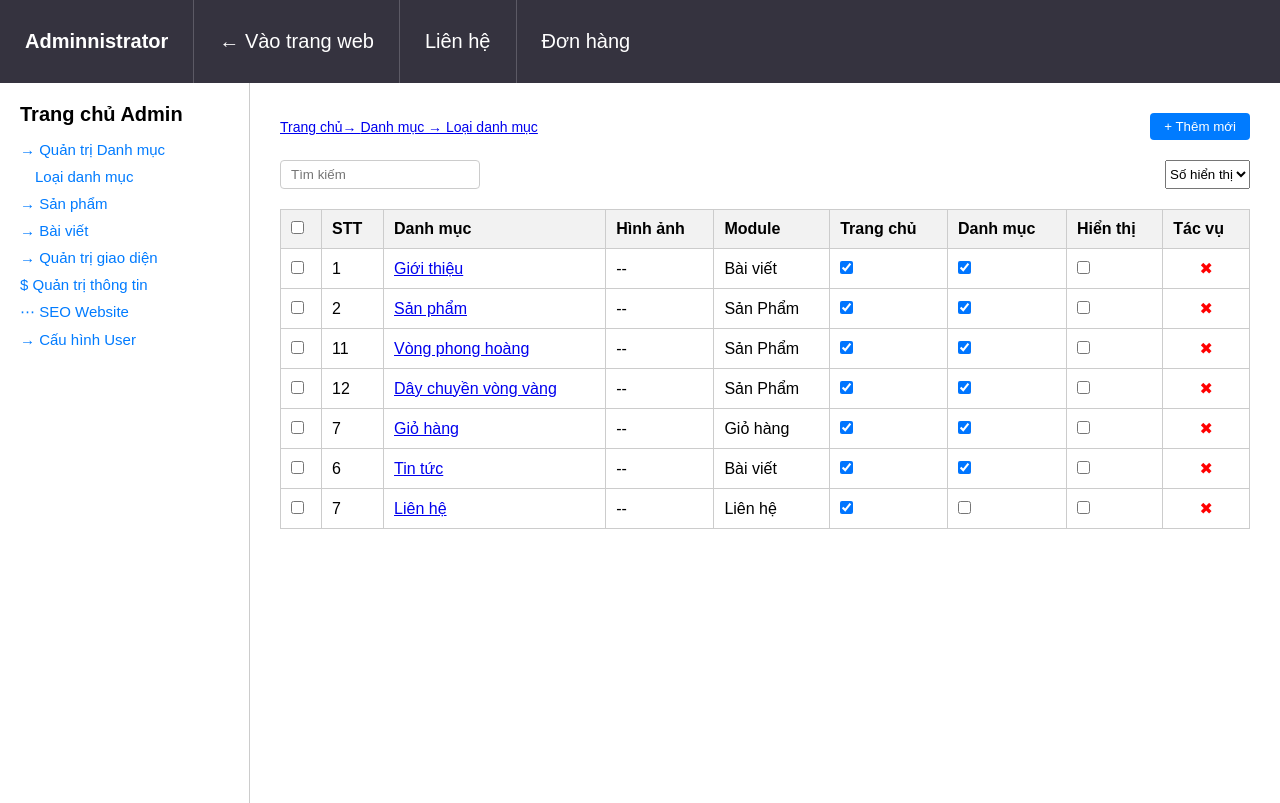
Repository: TranTanDat0606/Du-An-1
Page: Admin]/admin.html
The author's editor kept a copy of each file at every save. The page is drawn from the files as they stood at one save, then again after the next save.
The browser window is 1280 px wide. The pictures show the whole page.

Above is the page before, as saved 2025-07-31 08:50:27.

### Admin]/admin.html
<!DOCTYPE html>
<html lang="vi">
<head>
    <meta charset="UTF-8" />
    <meta name="viewport" content="width=device-width, initial-scale=1.0"/>
    <title>Quản lý danh mục</title>
    <link rel="stylesheet" href="admin.css" />
</head>
<body>
<header class="admin-navbar">
    <div class="admin-navbar-item left">Adminnistrator</div>
    <a href="#" class="admin-navbar-item">← Vào trang web</a>
    <a href="#" class="admin-navbar-item">Liên hệ</a>
    <a href="#" class="admin-navbar-item">Đơn hàng</a>
</header>
    <div class="admin-container">
    <aside class="sidebar">
    <h2>Trang chủ Admin</h2>
    <ul>
        <a href="#"><li>→ Quản trị Danh mục</li></a>
    <ul class="submenu">
            <li><a href="#">Loại danh mục</a></li>
    </ul>
        </li>
        <a href="#"><li>→ Sản phẩm</li></a>
        <a href="#"><li>→ Bài viết</li></a>
        <a href="#"><li>→ Quản trị giao diện</li></a>
        <a href="#"><li>$ Quản trị thông tin</li></a>
        <a href="#"><li>⋯ SEO Website</li></a>
        <a href="#"><li>→ Cấu hình User</li></a>
    </ul>
    </aside>
    <main class="main-content">
    <div class="header-bar">
        <span class="breadcrumbs"><a href="#">Trang chủ→ </a><a href="#">Danh mục → </a><a href="#">Loại danh mục</a></span>
        <button class="btn-new">+ Thêm mới</button>
    </div>

    <div class="table-toolbar">
        <input type="text" class="search-input" placeholder="Tìm kiếm" />
        <select>
    <option>Số hiển thị</option>
        </select>
    </div>
    <table>
        <thead>
    <tr>
            <th><input type="checkbox" /></th>
            <th>STT</th>
            <th>Danh mục</th>
            <th>Hình ảnh</th>
            <th>Module</th>
            <th>Trang chủ</th>
            <th>Danh mục</th>
            <th>Hiển thị</th>
            <th>Tác vụ</th>
    </tr>
        </thead>
        <tbody>
    <tr>
            <td><input type="checkbox" /></td>
            <td>1</td>
            <td><a href="#">Giới thiệu</a></td>
            <td>--</td>
            <td>Bài viết</td>
            <td><input type="checkbox" checked /></td>
            <td><input type="checkbox" checked /></td>
            <td><input type="checkbox" /></td>
            <td class="text-danger">✖</td>
    </tr>
    <tr>
            <td><input type="checkbox" /></td>
            <td>2</td>
            <td><a href="#">Sản phẩm</a></td>
            <td>--</td>
            <td>Sản Phẩm</td>
            <td><input type="checkbox" checked /></td>
            <td><input type="checkbox" checked /></td>
            <td><input type="checkbox" /></td>
            <td class="text-danger">✖</td>
    </tr>
    <tr>
        <td><input type="checkbox" /></td>
        <td>11</td>
        <td><a href="#">Vòng phong hoàng</a></td>
        <td>--</td>
        <td>Sản Phẩm</td>
        <td><input type="checkbox" checked /></td>
        <td><input type="checkbox" checked /></td>
        <td><input type="checkbox" /></td>
        <td class="text-danger">✖</td>
    </tr>
    <tr>
        <td><input type="checkbox" /></td>
        <td>12</td>
        <td><a href="#">Dây chuyền vòng vàng</a></td>
        <td>--</td>
        <td>Sản Phẩm</td>
        <td><input type="checkbox" checked /></td>
        <td><input type="checkbox" checked /></td>
        <td><input type="checkbox" /></td>
        <td class="text-danger">✖</td>
    </tr>
    <tr>
        <td><input type="checkbox" /></td>
        <td>7</td>
        <td><a href="#">Giỏ hàng</a></td>
        <td>--</td>
        <td>Giỏ hàng</td>
        <td><input type="checkbox" checked /></td>
        <td><input type="checkbox" checked /></td>
        <td><input type="checkbox" /></td>
        <td class="text-danger">✖</td>
    </tr>
    <tr>
        <td><input type="checkbox" /></td>
        <td>6</td>
        <td><a href="#">Tin tức</a></td>
        <td>--</td>
        <td>Bài viết</td>
        <td><input type="checkbox" checked /></td>
        <td><input type="checkbox" checked /></td>
        <td><input type="checkbox"/></td>
        <td class="text-danger">✖</td>
    </tr>
    <tr>
        <td><input type="checkbox" name="" id=""></td>
        <td>7</td>
        <td><a href="#"> Liên hệ </a></td>
        <td>--</td>
        <td>Liên hệ</td>
        <td><input type="checkbox" checked></td>
        <td><input type="checkbox"></td>
        <td><input type="checkbox"></td>
        <td class="text-danger">✖</td>
    </tr>
        </tbody>
    </table>
    </main>
    </div>
</body>
</html>

### Admin]/admin.css
* {
    margin: 0;
    padding: 0;
    box-sizing: border-box;
    font-family: sans-serif;
}
/* header */
/* Thanh navbar admin */
.admin-navbar {
    display: flex;
    background-color: #35333f;
    /* Màu nền đậm */
    color: #fff;
    font-size: 20px;
    font-family: sans-serif;
    font-weight: 400;
}

.admin-navbar-item {
    padding: 30px 25px;
    color: #fff;
    text-decoration: none;
    border-left: 1px solid #5c5a65;
    /* Đường kẻ giữa các mục */
    display: flex;
    align-items: center;
}
/* Mục đầu tiên không có đường viền trái */
.admin-navbar-item.left {
    border-left: none;
    font-weight: bold;
}
/* Topbar admin */
.topbar {
    background-color: #2f2e38;
    color: white;
    display: flex;
    justify-content: space-between;
    align-items: center;
    padding: 20px 25px;
    font-size: 24px;
}

.topbar-left {
    font-weight: bold;

}

.topbar-right a {
    color: white;
    text-decoration: none;
    margin-left: 100px;
    border-left:4px solid #555;
    padding-left: 170px
}

.topbar-right a:first-child {
    border-left: none;
    padding-left: 0;
}
body {
    background: #f5f5f5;
}

.admin-container {
    display: flex;
    height: 100vh;
}

/* Sidebar */
.sidebar {
    width: 250px;
    background: #fff;
    border-right: 1px solid #ccc;
    padding: 20px;
}

.sidebar h2 {
    margin-bottom: 15px;
    font-size: 20px;
}

.sidebar ul {
    list-style: none;
}

.sidebar li {
    margin-bottom: 10px;
    font-size: 15px;
}

.sidebar .submenu {
    margin-left: 15px;
}

.sidebar a {
    color: #007bff;
    text-decoration: none;
}

/* Main Content */
.main-content {
    flex: 1;
    padding: 30px;
    background: #fff;
}

.header-bar {
    display: flex;
    justify-content: space-between;
    align-items: center;
}

.breadcrumbs {
    color: #555;
    font-size: 14px;
}

.btn-new {
    background: #007bff;
    color: #fff;
    border: none;
    padding: 6px 14px;
    border-radius: 4px;
    cursor: pointer;
}

.table-toolbar {
    margin: 20px 0;
    display: flex;
    justify-content: space-between;
}

.search-input {
    padding: 6px 10px;
    width: 200px;
    border: 1px solid #ccc;
    border-radius: 4px;
}

table {
    width: 100%;
    border-collapse: collapse;
    background: #fff;
}

table th,
table td {
    border: 1px solid #ccc;
    padding: 10px;
    text-align: left;
}

table th {
    background: #f2f2f2;
}

.text-danger {
    color: red;
    text-align: center;
}

After the next save:
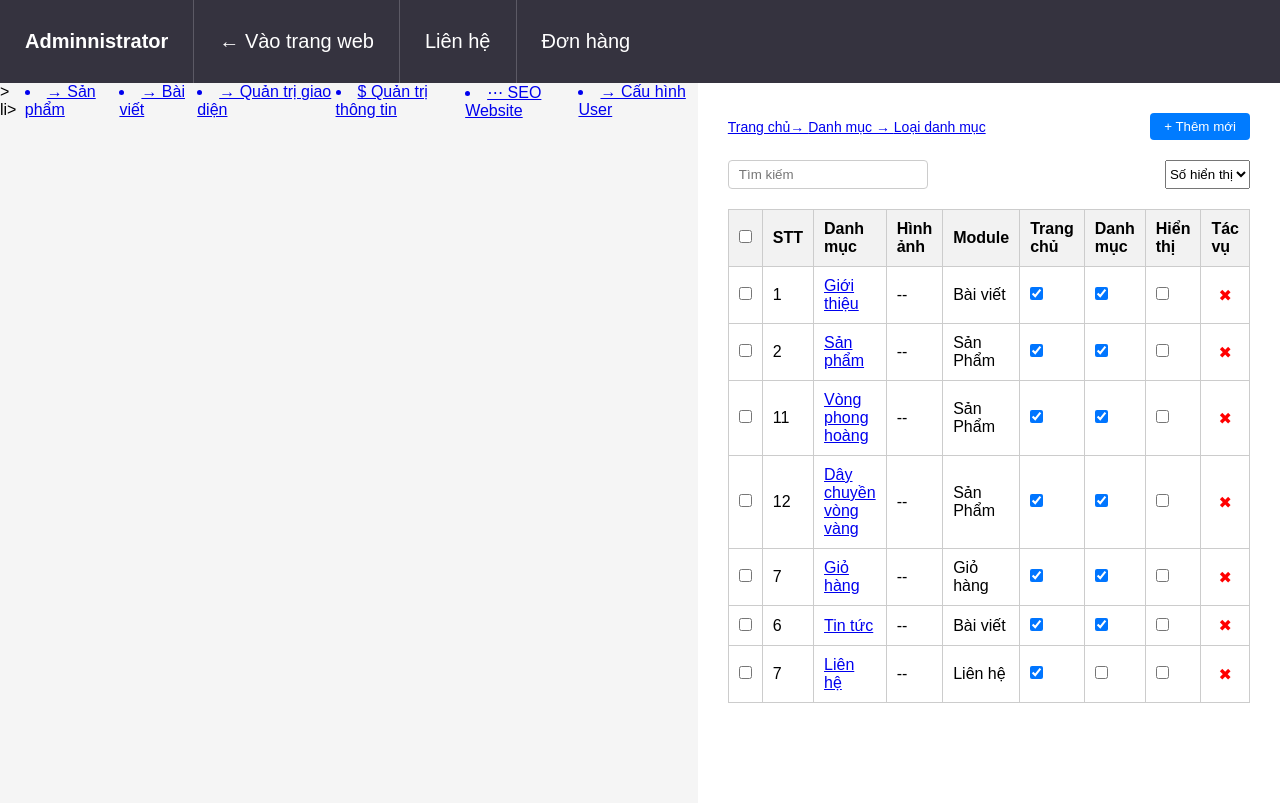
Saved 7 s later.
--- a/Admin]/admin.html
+++ b/Admin]/admin.html
@@ -14,13 +14,13 @@
     <a href="#" class="admin-navbar-item">Đơn hàng</a>
 </header>
     <div class="admin-container">
-    <aside class="sidebar">
-    <h2>Trang chủ Admin</h2>
-    <ul>
-        <a href="#"><li>→ Quản trị Danh mục</li></a>
-    <ul class="submenu">
-            <li><a href="#">Loại danh mục</a></li>
-    </ul>
+
+
+
+    ></a>
+
+    li>
+
         </li>
         <a href="#"><li>→ Sản phẩm</li></a>
         <a href="#"><li>→ Bài viết</li></a>
